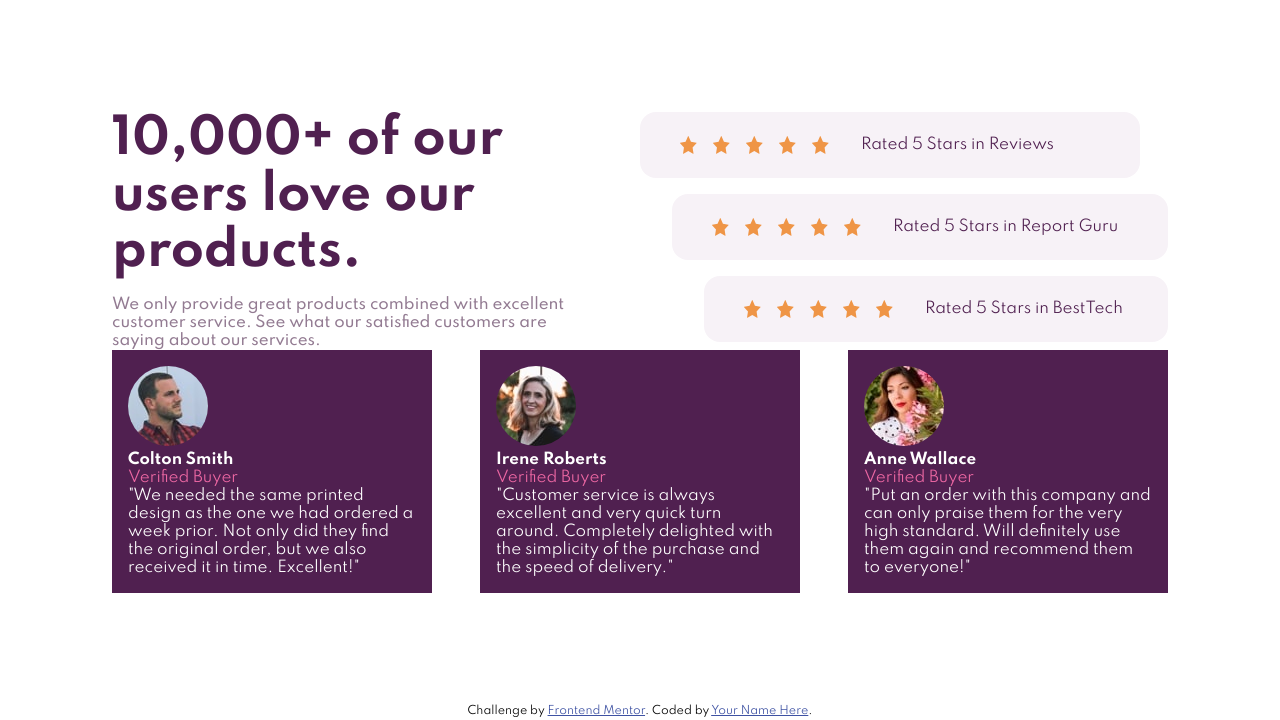
Repository: Pedrohamoura-Git/Frontend-Mentor-Challenges
Page: Newbie/social-proof-section-master/index.html
These files come from the project's save history. The page is drawn as it stood at one moment and after the next save; the edit follows.
The browser window is 1280 px wide. The pictures show the whole page.

Above is the page before, as saved 2021-05-30 12:31:34.

### Newbie/social-proof-section-master/index.html
<!DOCTYPE html>
<html lang="en">
  <head>
    <meta charset="UTF-8" />
    <meta name="viewport" content="width=device-width, initial-scale=1.0" />
    <!-- displays site properly based on user's device -->

    <link
      rel="icon"
      type="image/png"
      sizes="32x32"
      href="./images/favicon-32x32.png"
    />

    <link rel="stylesheet" href="css/style.css">

    <title>Frontend Mentor | Social proof section</title>

    <!-- Feel free to remove these styles or customise in your own stylesheet 👍 -->
    <style>
      .attribution {
        font-size: 11px;
        text-align: center;
      }
      .attribution a {
        color: hsl(228, 45%, 44%);
      }
    </style>
  </head>

  <body>
    <div id="wrapper">
      <!-- Start header -->
      <header>
        <div id="title">
          <h1>10,000+ of our users love our products.</h1>

          <p>We only provide great products combined with excellent customer service. See what our satisfied customers are saying about our services.</p>
        </div>

        <!-- Start ratings -->
        <aside id="ratings">

          <!-- Start section-a -->
          <div id="section-a">
            <img src="images/icon-star.svg" alt="Rating-a">
            <img src="images/icon-star.svg" alt="Rating-a">
            <img src="images/icon-star.svg" alt="Rating-a">
            <img src="images/icon-star.svg" alt="Rating-a">
            <img src="images/icon-star.svg" alt="Rating-a">
            <p>Rated 5 Stars in Reviews</p>
          </div>
          <!-- /End section-a  -->

          <!-- Start section-b  -->
          <div id="section-b">
            <img src="images/icon-star.svg" alt="Rating-b">
            <img src="images/icon-star.svg" alt="Rating-b">
            <img src="images/icon-star.svg" alt="Rating-b">
            <img src="images/icon-star.svg" alt="Rating-b">
            <img src="images/icon-star.svg" alt="Rating-b">
            <p>Rated 5 Stars in Report Guru</p>
          </div>
          <!-- /End section-b  -->

          <!-- Start section-c  -->
            <div id="section-c">
              <img src="images/icon-star.svg" alt="Rating-c">
              <img src="images/icon-star.svg" alt="Rating-c">
              <img src="images/icon-star.svg" alt="Rating-c">
              <img src="images/icon-star.svg" alt="Rating-c">
              <img src="images/icon-star.svg" alt="Rating-c">
              <p>Rated 5 Stars in BestTech</p>
            </div>
          <!-- /End section-c  -->
          </aside>

      </header>
      <!-- End header -->

      <!-- Start reviews  -->
      <div id="reviews">

        <!-- Start section-d  -->
        <div id="section-d">
          <img src="images/image-colton.jpg" alt="Colton's picture">
          <h4 class="name">Colton Smith</h4>
          <p class="verified">Verified Buyer</h4>
          <p>
            "We needed the same printed design as the one we had ordered a week prior.
            Not only did they find the original order, but we also received it in time.
            Excellent!"
          </p>
        </div>
        <!-- /End section-d -->

        <!-- Start section-e  -->
        <div id="section-e">
          <img src="images/image-irene.jpg" alt="Irene's picture">
          <h4 class="name">Irene Roberts </h4>
          <p class="verified">Verified Buyer</h4>
          <p>
            "Customer service is always excellent and very quick turn around. Completely
            delighted with the simplicity of the purchase and the speed of delivery."
          </p>
        </div>
        <!-- /End section-e -->

        <!-- Start section-f -->
        <div id="section-f">
          <img src="images/image-anne.jpg" alt="Anne's picture">
          <h4 class="name">Anne Wallace</h4>
          <p class="verified">Verified Buyer</h4>
          <p class="commentary">
            "Put an order with this company and can only praise them for the very high
            standard. Will definitely use them again and recommend them to everyone!"
          </p>
        </div>
      </div>
      <!-- /End section-f  -->

    </div>
    <!-- End Reviews  -->

    <div class="attribution">
      Challenge by
      <a href="https://www.frontendmentor.io?ref=challenge" target="_blank"
        >Frontend Mentor</a
      >. Coded by <a href="#">Your Name Here</a>.
    </div>
  </body>
</html>

### Newbie/social-proof-section-master/css/style.css
/*
** Core Formatting
*/
    @import url('https://fonts.googleapis.com/css2?family=Spartan:wght@400;500;700&display=swap');

    * {
        box-sizing: border-box;
        margin: 0;
        padding: 0;
    }

    body {
        font-family: Spartan;
        font-size: 15px;

        /* font-weight:  700; */
    }


/*
** Common Formatting
*/

    #wrapper {
        padding: 7rem;

    }

    header h1 {
        color: hsl(300, 43%, 22%);
    }

    header p {
        color: hsl(303, 10%, 53%);
    }


    #ratings #section-a, #section-b, #section-c {
        background-color: hsl(300, 24%, 96%);
        /* text-align: center; */
    }

    #ratings p {
        color: hsl(300, 43%, 22%);
    }


    #reviews #section-d, #section-e, #section-f {
        background-color: hsl(300, 43%, 22%);
        color: white;
    }

    #reviews img {
        border-radius: 5rem;
    }

    #reviews p.verified {
        color:hsl(333, 80%, 67%);
    }


    /*
    ** Header - Title
    */
        header {
            display: grid;
            grid-template-columns: repeat(2, 1fr);

            /* background-color: green; */
        }

        header #title {
            max-width: 480px;

            /* border: 1px solid green; */
        }

        header #title h1 {
            font-size: 3rem;
            margin-bottom: 1rem;
        }

        header #title p {
            font-weight: 500;
        }

        /*
        ** Header - Ratings
        */
            #ratings {
                /* border: 1px solid red; */
            }

            #section-a, #section-b, #section-c {
                border-radius: 1rem;
                max-width: 500px;
                padding: 1.5rem;

                /* background-color: red; */
            }

            #section-a, #section-b, #section-c  {
                display: flex;
                flex-wrap: wrap;

            }

            #section-a img, #section-b img, #section-c img {
                margin-left: 1rem;
            }

            #section-a p, #section-b p, #section-c p {
                margin-left: 2rem;
                margin-bottom: 0rem;
            }

            /*
            ** Header - Ratings - Section-b
            */
                #section-b {
                    margin-left: 2rem;
                    margin-top: 1rem;
                }


            /*
            ** Header - Ratings - Section-c
            */
                #section-c {
                    margin-left: 4rem;
                    margin-top: 1rem;
                }

    /*
    ** Reviews
    */
        #reviews {
            display: grid;
            grid-template-columns: repeat(3, 1fr);
            column-gap: 3rem;
        }

        #section-d, #section-e, #section-f {
            /* margin: 1rem; */
            padding: 1rem;

        }

After the next save:
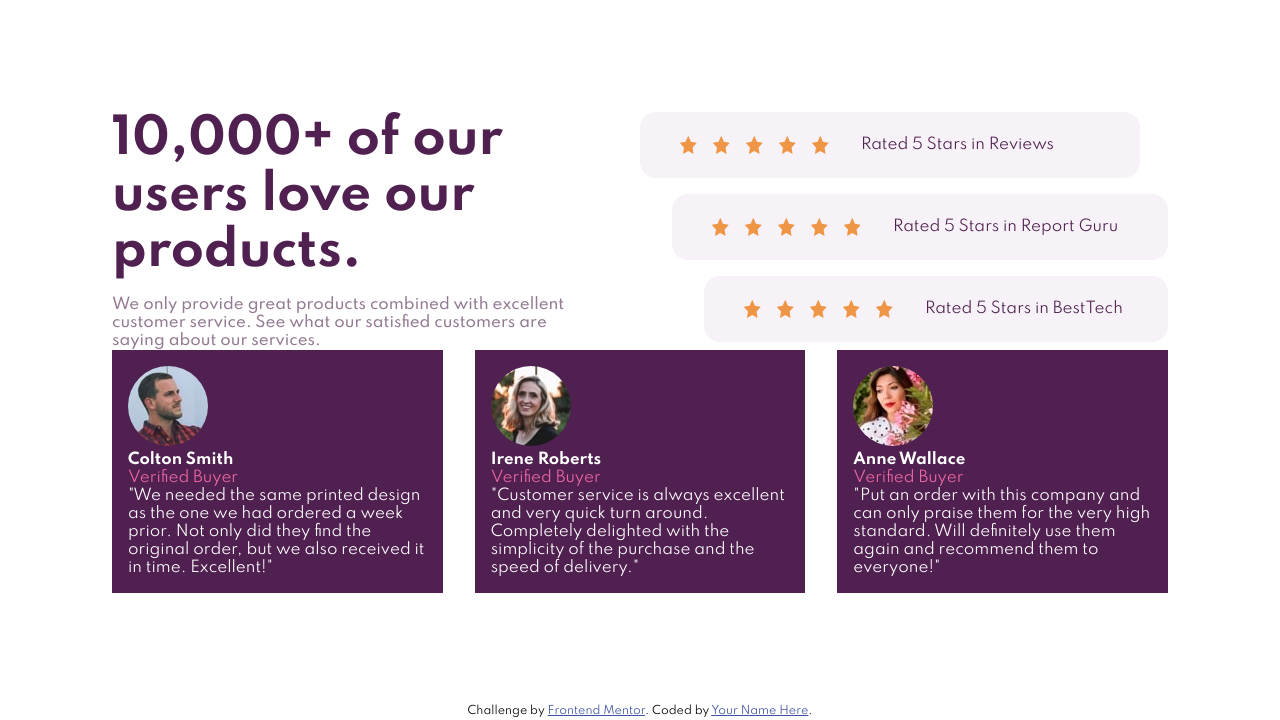
Saved 15 s later.
--- a/Newbie/social-proof-section-master/css/style.css
+++ b/Newbie/social-proof-section-master/css/style.css
@@ -137,7 +137,7 @@
         #reviews {
             display: grid;
             grid-template-columns: repeat(3, 1fr);
-            column-gap: 3rem;
+            column-gap: 2rem;
         }
 
         #section-d, #section-e, #section-f {
